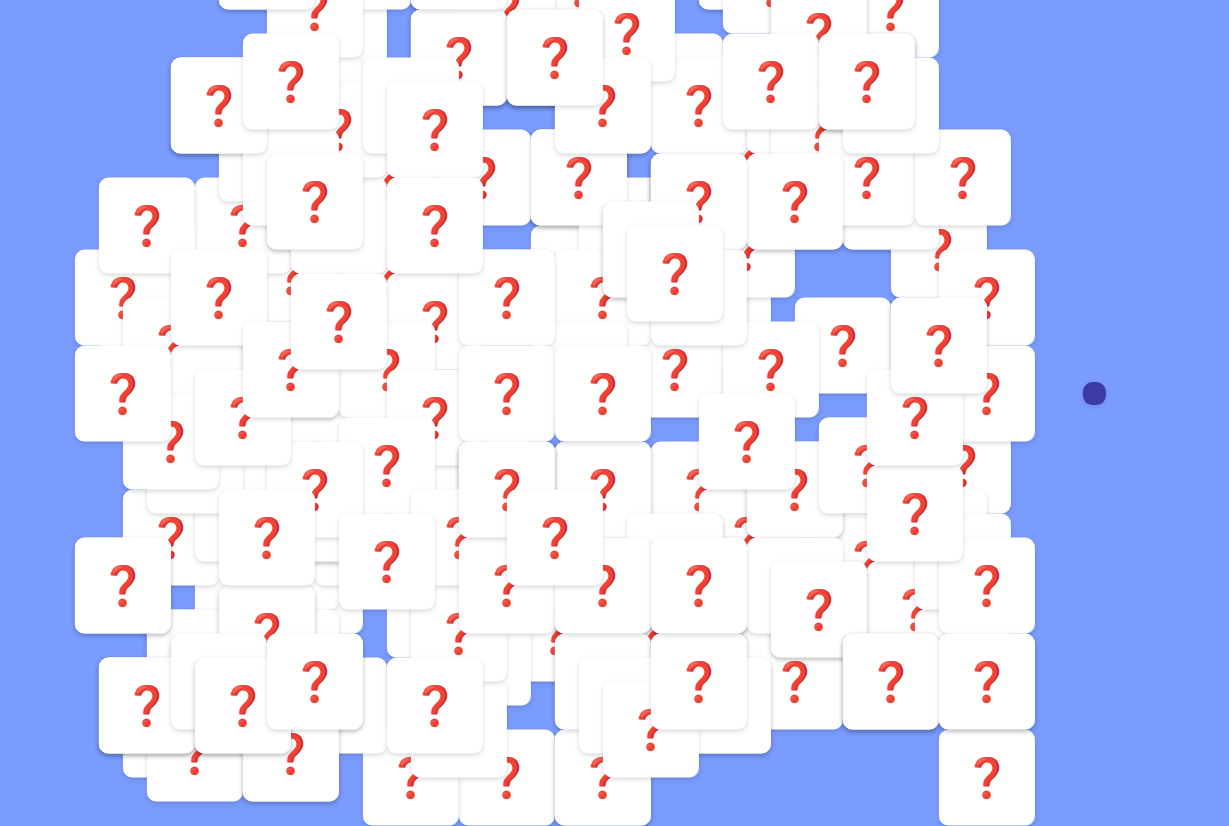
Repository: Avril-Cui/hack-puzzle
Page: / (app in client/)
The author's editor kept a copy of each file at every save. The page is drawn from the files as they stood at one save, then again after the next save.
The browser window is 1280 px wide. The pictures show the whole page, at 96% of full size.
The project was rebuilt for these pictures with package versions that can differ from the ones it lists, and the page was loaded fresh each time. The framework's server and built-in components were replaced by stand-ins that run in the browser. Also part of the build but not shown: client/next.config.ts.

Above is the page before, as saved 2025-06-11 19:34:35.

After the next save:
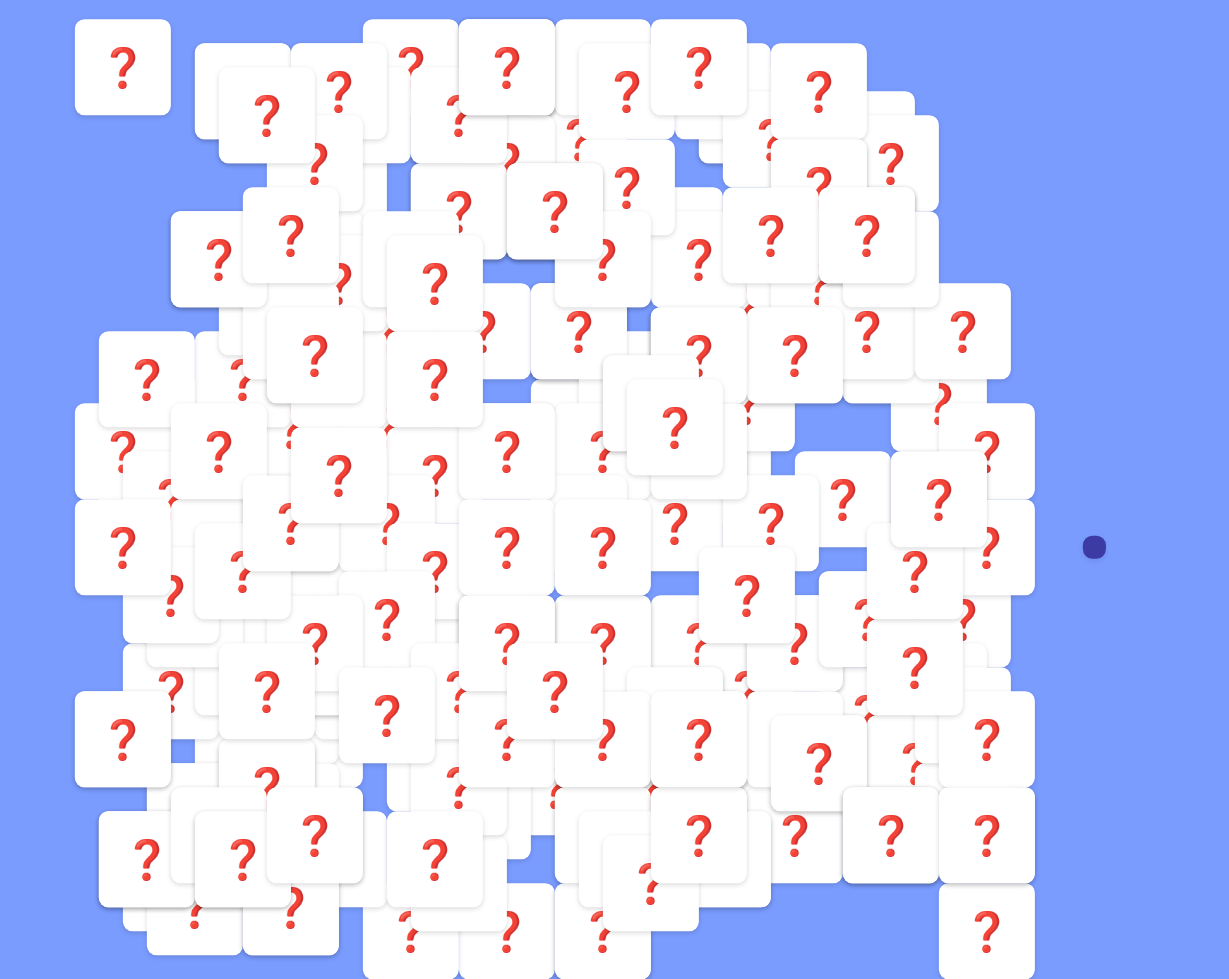
Saved 21 s later.
--- a/client/components/Game.module.css
+++ b/client/components/Game.module.css
@@ -3,6 +3,7 @@
   justify-content: center;
   align-items: center;
   height: 100vh;
+  margin-top: 10em;
 }
 
 .tileBoard {
